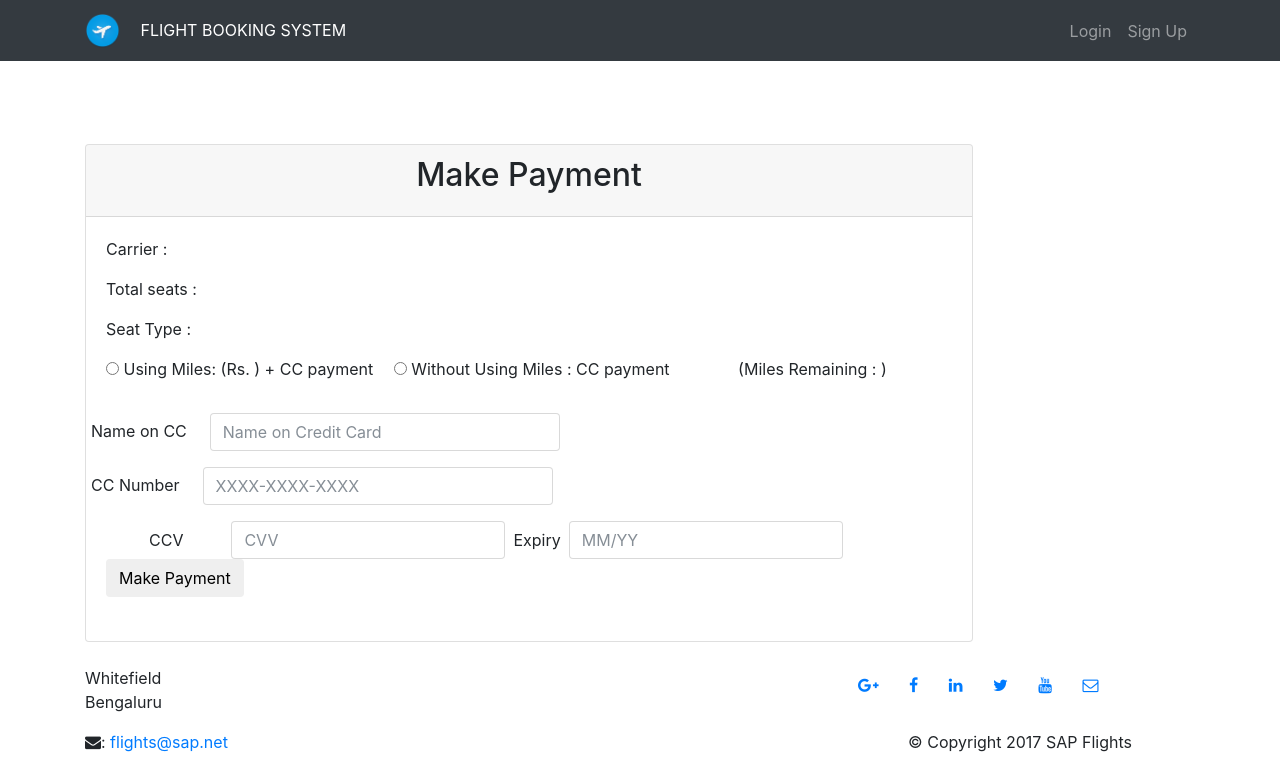
Repository: yashtatia/Spring-Practice
Page: http://localhost/FitnessTracker/WEB-INF/jsp/makePayment.jsp
The author's editor kept a copy of each file at every save. The page is drawn from the files as they stood at one save, then again after the next save.
The browser window is 1280 px wide. The pictures show the whole page.
Some web libraries are served in a nearby version. The page is served by Tomcat 9. Nobody is signed in. Other server files are loaded and not shown. The template is opened directly, without the code that normally fills it, so the values that code supplies are empty.

Above is the page before, as saved 2017-09-06 07:32:49.
Console error: SyntaxError: Unexpected token ';'

### FitnessTracker/src/main/webapp/WEB-INF/jsp/makePayment.jsp
<%@ taglib prefix="spring" uri="http://www.springframework.org/tags" %>
<%@ taglib prefix="form" uri="http://www.springframework.org/tags/form" %>

<jsp:include page="header.jsp" />
	<br>
	<br>
	<br>
	<br>
	<br>
	<br>
	<div class="container">
		<div class="card" style="max-width: 80%;" >
			<div class="card-header">
				<h2 class="card-title" align="center">Make Payment</h2>
			</div>
			<div class="card-block">
				<div class="card-body">
						<p>Carrier : ${flightSelected.airline}</p>
						<p>Total seats : ${flightSelected.seats}</p>
						<p>Seat Type : ${flightSelected.seat_class}</p>

						<form:form commandName="payment" class="form-horizontal" method="POST">

							  <label class="radio-inline" >
							    <form:radiobutton path="payment_choice" name="payment_choice" value="1" />
							     Using Miles: ${miles_used} (Rs. ${discount}) + ${fare_with_miles}  CC payment

							  </label>


							  <label class="radio-inline mx-3">
							    <form:radiobutton path="payment_choice" name="payment_choice" value="2" />
							    Without Using Miles : ${fare_without_miles}	CC payment
							  </label>
							  <label class="mx-5">
							  	(Miles Remaining : ${miles_remaining})
							  </label>

							<br />
							<br/>

							<div class="form-group row">
							    <label for="input1" class="col-xs-3 col-form-label mr-2">Name on CC</label>
							    <div class="col-sm-10">
							      <form:input path="cc_name" type="text" name="cc_name" id="cc_name" placeholder="Name on Credit Card" class="form-control" style="max-width: 50%;" />
							    </div>
							</div>
							<div class="form-group row">
							    <label for="input2" class="col-xs-3 col-form-label mr-2">CC Number</label>
							    <div class="col-sm-10">
							      <form:input path="cc_number" type="text" name="cc_number" id="cc_number" placeholder="XXXX-XXXX-XXXX" class="form-control" style="max-width: 50%;" />
							    </div>
							</div>
							<div class="form-row">
									<div class="form-inline">
										<label class="mr-sm-2 mb-0 mx-md-5" for="cvv">CCV</label>
											<form:input path="cc_cvv" type="password" name="cc_cvv" id="cc_cvv" placeholder="CVV" class="form-control mr-sm-2 mb-2 mb-sm-0"  />
									<label class="mr-sm-2 mb-0" for="last_name">Expiry</label>
											<form:input path="cc_expiry"  type="text" class="form-control mr-sm-2 mb-2 mb-sm-0" name="cc_expiry" id="cc_expiry" placeholder="MM/YY"/>
									</div>
							</div>


							<form:hidden path="flight_id"  name="flight_id" value="${flightSelected.flight_id}" />
							<form:hidden path="seat_type" name="seat_type" value="${flightSelected.seat_class_abbrev}" />
							<form:hidden path="seats" name="seats" value="${flightSelected.seats}" />
							<form:hidden path="fare_with_miles" name="fare_with_miles" value="${fare_with_miles}" />
							<form:hidden path="fare_without_miles" name="fare_without_miles" value="${fare_without_miles}" />
							<form:hidden path="miles_used" name="miles_used" value="${miles_used}" />
							<form:hidden path="miles_remaining" name="miles_remaining" value="${miles_remaining}" />
							<form:hidden path="miles_earned" name="miles_earned" value="${miles_earned}" />

							<button type="submit" name="" value="Make Payment" class="btn btn-default col-lg-offset-10" >Make Payment</button>
						</form:form>
				</div>

			</div>

			<br />



		</div>
	</div>
	<br/>

<jsp:include page="footer.jsp" />
<script type="text/javascript">
		$( document ).ready(function() {
		    preProcess();
		});

		function preProcess(){
			if($('input[name=payment_choice]:checked').val() == "with_miles"){
				var cc_remaining = ${fare_with_miles};
				if(cc_remaining == 0){
					$("#cc_name").prop("disabled", true);
					$("#cc_number").prop("disabled", true);
					$("#cc_cvv").prop("disabled", true);
					$("#cc_expiry").prop("disabled", true);
				}
			}
		}

		$('input[name=payment_choice]').on('change', function() {
			if($('input[name=payment_choice]:checked').val() == "with_miles"){
				var cc_remaining = ${fare_with_miles};
				if(cc_remaining == 0){
					$("#cc_name").prop("disabled", true);
					$("#cc_number").prop("disabled", true);
					$("#cc_cvv").prop("disabled", true);
					$("#cc_expiry").prop("disabled", true);
				}
			}else{
				$("#cc_name").prop("disabled", false);
				$("#cc_number").prop("disabled", false);
				$("#cc_cvv").prop("disabled", false);
				$("#cc_expiry").prop("disabled", false);
			}
		});
	</script>

### FitnessTracker/src/main/webapp/WEB-INF/jsp/header.jsp
<%@ taglib prefix="c" uri="http://java.sun.com/jsp/jstl/core"%>
<%@ taglib prefix="form" uri="http://www.springframework.org/tags/form" %>
<%@ taglib prefix="spring" uri="http://www.springframework.org/tags" %>
<!DOCTYPE html>
<html>
<head>
	<meta charset="utf-8">
    <meta http-equiv="X-UA-Compatible" content="IE=edge">
    <meta name="viewport" content="width=device-width, initial-scale=1, shrink-to-fit=no">
	<title>Search Flights</title>
	<link rel="stylesheet" href="https://maxcdn.bootstrapcdn.com/bootstrap/4.0.0-beta/css/bootstrap.min.css" integrity="sha384-/Y6pD6FV/Vv2HJnA6t+vslU6fwYXjCFtcEpHbNJ0lyAFsXTsjBbfaDjzALeQsN6M" crossorigin="anonymous">
	<link href="https://maxcdn.bootstrapcdn.com/font-awesome/4.7.0/css/font-awesome.min.css" rel="stylesheet">
	<link rel="stylesheet" type="text/css" href="assets/css/jquery-ui.css">
</head>
<body>

	 <nav class="navbar navbar-expand-md navbar-dark bg-dark fixed-top">
            <div class="container">
                <div class="navbar-header">
	                <span><a class="navbar-brand" href="index.jsp"><img src="assets/img/sap.png" height=35 width=35></a></span>
	                <span style="color: white;">FLIGHT BOOKING SYSTEM</span>
                </div>

                <c:choose>
    				<c:when test="${not logInForm.loggedIn || logInForm == null}">
                       <ul class="navbar-nav bd-navbar-nav" style="cursor: pointer;">
	                        <li class="nav-item"><a class="nav-link" data-toggle="modal" data-target="#loginModal" id="login"><span class="glyphicon glyphicon-log-in"></span> Login</a></li>
	                        <li class="nav-item"><a class="nav-link" href="signUp.html"><span class="glyphicon glyphicon-log-in"></span> Sign Up</a></li>
	                    </ul>
	    			</c:when>
	    			<c:otherwise>
	                    <ul class="navbar-nav bd-navbar-nav" style="cursor: pointer;">
	                        <li class="nav-item dropdown">
	                            <a href="#" class="nav-link dropdown-toggle" data-toggle="dropdown"
	                             role="button" aria-haspopup="true" aria-expanded="false" style="color: white; ">
	                             <i class="fa fa-user-o" aria-hidden="true"></i>  ${userForm.fname} ${userForm.lname} <span class="caret"></span></a>
	                            <ul class="dropdown-menu">
	                                <li><a class="dropdown-item" href="#">Your Miles : ${userForm.air_miles}</a></li>
	                                <li><a class="dropdown-item" href="myBookings.html">MyBookings</a></li>
	                                <li><a class="dropdown-item" href="logout.html">Logout</a></li>
	                            </ul>
	                        </li>
	                    </ul>
	                </c:otherwise>
                </c:choose>


                </div>
        </nav>

    <c:if test="${logInForm.loggedIn == false || logInForm == null}">

	    <div id="loginModal" class="modal fade " role="dialog" aria-labelledby="loginModal" aria-hidden="true">
	        <div class="modal-dialog" style="max-width: 650px !important;">
	        <!-- Modal content-->
	        <div class="modal-content">
	            <div class="modal-header">
	                <h5 class="modal-title" id="exampleModalLabel">Login</h5>
			     	   <button type="button" class="close" data-dismiss="modal" aria-label="Close">
			        	  <span aria-hidden="true">&times;</span>
			       	 </button>
	            </div>
		        <div class="modal-body">
		            <form:form modelAttribute="logInForm" class="form-inline" id="loginForm" action="logIn.html" method="POST">
		                <div class="form-group">
		                    <label class="sr-only" for="InputEmail">Email address</label>
		                    <form:input path="username" type="email" class="form-control" id="Email" placeholder="Email" name="email" />
		                </div>
		                <div class="form-group mx-sm-3">
		                    <label class="sr-only" for="Password">Password</label>
		                    <form:input path="password" type="password" class="form-control" id="Password" placeholder="Password" name="password" />
		                </div>

	            		<div class="form-group mx-sm-3">
	            			<button type="button" class="btn btn-default btn-danger pull-right" data-dismiss="modal">Cancel</button>
		                	<button type="submit" class="btn btn-default btn-info pull-right">Sign in</button>
	            		</div>


	            	</form:form>
				</div>

	        </div>
	        </div>
	    </div>

    </c:if>

### FitnessTracker/src/main/webapp/WEB-INF/jsp/footer.jsp

	<footer class="row-footer">
        <div class="container">
            <div class="row row-content">

                <div class="col-md-8">
                    <address>
		              Whitefield<br>
		              Bengaluru<br>

                    </address>
                </div>
                <div class="col-md-4">
                    <div >
                        <a class="btn btn-social-icon btn-google-plus" href="http://google.com/+"><i class="fa fa-google-plus"></i></a>
                        <a class="btn btn-social-icon btn-facebook" href="http://www.facebook.com/profile.php?id="><i class="fa fa-facebook"></i></a>
                        <a class="btn btn-social-icon btn-linkedin" href="http://www.linkedin.com/in/"><i class="fa fa-linkedin"></i></a>
                        <a class="btn btn-social-icon btn-twitter" href="http://twitter.com/"><i class="fa fa-twitter"></i></a>
                        <a class="btn btn-social-icon btn-youtube" href="http://youtube.com/"><i class="fa fa-youtube"></i></a>
                        <a class="btn btn-social-icon" href="mailto:"><i class="fa fa-envelope-o"></i></a>
                    </div>
                </div>
             </div>
             <div class="row row-content">
                <div class="col-md-8">
		              <i class="fa fa-envelope"></i>:
                         <a href="mailto:flights@sap.net">
                         flights@sap.net</a>
                </div>
                <div class="col-md-4">
                    <p align=center> &copy; Copyright 2017 SAP Flights</p>
                </div>
             </div>
        </div>
    </footer>




<script src="https://code.jquery.com/jquery-3.2.1.slim.min.js" integrity="sha384-KJ3o2DKtIkvYIK3UENzmM7KCkRr/rE9/Qpg6aAZGJwFDMVNA/GpGFF93hXpG5KkN" crossorigin="anonymous"></script>
<script type="text/javascript" src="http://code.jquery.com/jquery-3.2.1.min.js"></script>
<script type="text/javascript" src="assets/js/jquery-ui.min.js"></script>
<script src="https://cdnjs.cloudflare.com/ajax/libs/popper.js/1.11.0/umd/popper.min.js" integrity="sha384-b/U6ypiBEHpOf/4+1nzFpr53nxSS+GLCkfwBdFNTxtclqqenISfwAzpKaMNFNmj4" crossorigin="anonymous"></script>
<script src="https://maxcdn.bootstrapcdn.com/bootstrap/4.0.0-beta/js/bootstrap.min.js" integrity="sha384-h0AbiXch4ZDo7tp9hKZ4TsHbi047NrKGLO3SEJAg45jXxnGIfYzk4Si90RDIqNm1" crossorigin="anonymous"></script>

<script>
        $().button('toggle');
        $(document).ready(function(){
            $("#login").click(function(){
                console.log("yo!");
                $("#loginModal").modal();
            });
        });

        $(document).ready(function(){
            $("#table").click(function(){
                $("#tableModal").modal();
            });
        });
</script>
</body>
</html>

Loaded but not shown: FitnessTracker/src/main/webapp/assets/css/jquery-ui.css (library); FitnessTracker/src/main/webapp/assets/js/jquery-ui.min.js (library)

After the next save:
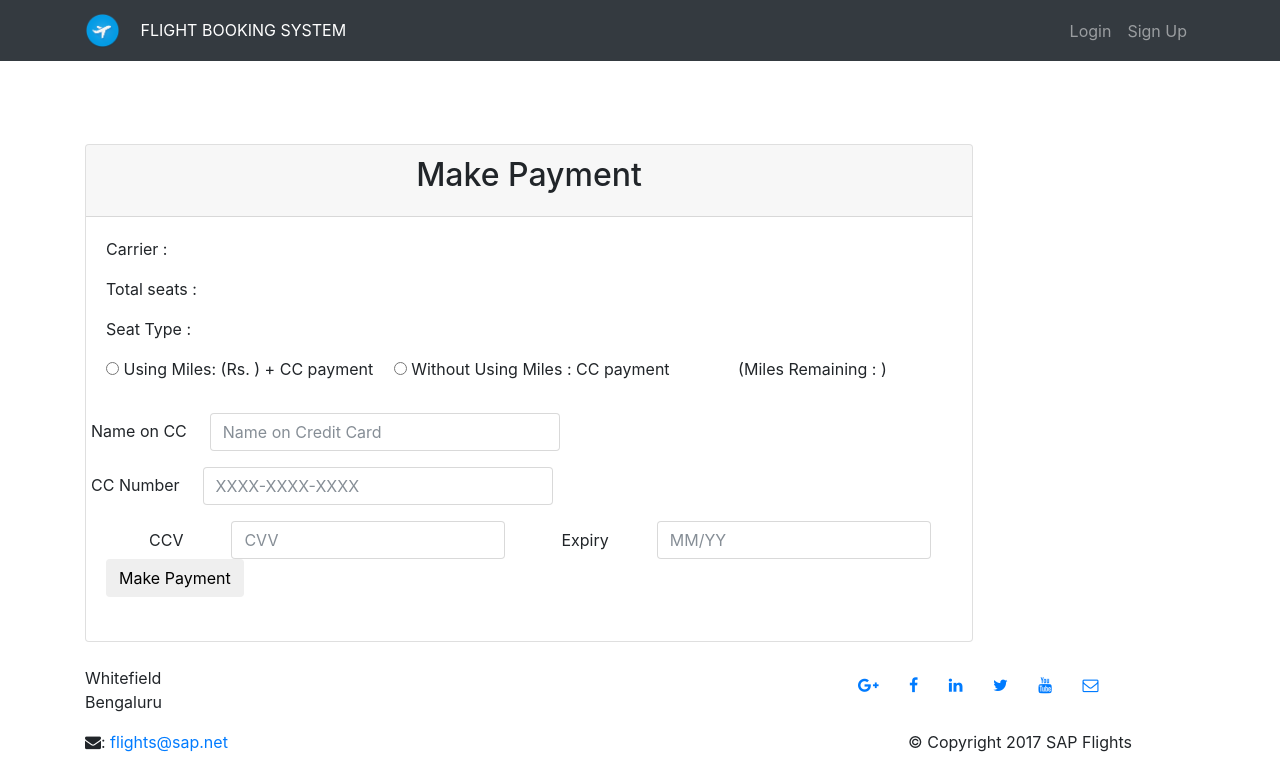
Saved 19 s later.
--- a/FitnessTracker/src/main/webapp/WEB-INF/jsp/makePayment.jsp
+++ b/FitnessTracker/src/main/webapp/WEB-INF/jsp/makePayment.jsp
@@ -55,7 +55,7 @@
 									<div class="form-inline">
 										<label class="mr-sm-2 mb-0 mx-md-5" for="cvv">CCV</label>
 											<form:input path="cc_cvv" type="password" name="cc_cvv" id="cc_cvv" placeholder="CVV" class="form-control mr-sm-2 mb-2 mb-sm-0"  />
-									<label class="mr-sm-2 mb-0" for="last_name">Expiry</label>
+									<label class="mr-sm-2 mb-0 mx-md-5" for="last_name">Expiry</label>
 											<form:input path="cc_expiry"  type="text" class="form-control mr-sm-2 mb-2 mb-sm-0" name="cc_expiry" id="cc_expiry" placeholder="MM/YY"/>
 									</div>
 							</div>
